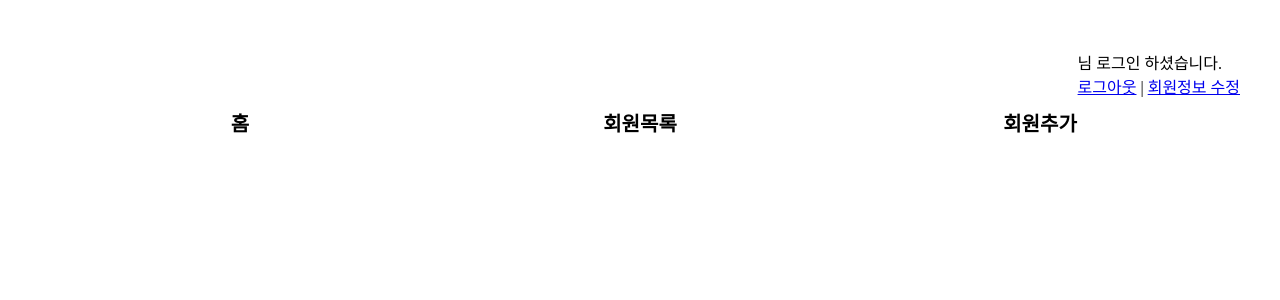
Repository: cdnwell/Jsp
Page: http://localhost/MemberProject/main.jsp
The author's editor kept a copy of each file at every save. The page is drawn from the files as they stood at one save, then again after the next save.
The browser window is 1280 px wide. The pictures show the whole page.
The page is served by Tomcat 9. Other server files are loaded and not shown.

Above is the page before, as saved 2022-07-05 07:10:43.

### MemberProject/src/main/webapp/main.jsp
<%@ page language="java" contentType="text/html; charset=UTF-8"
    pageEncoding="UTF-8"%>
<!DOCTYPE html>
<html>
<head>
<meta charset="UTF-8">
<title>Insert title here</title>
<style>
	*{
		margin : 0;
		padding : 0;
	}

	.container{
		width : 1200px;
		display : flex;
		flex-direction : column;
		margin : 50px auto;
	}

	header{
		text-align : right;
	}

	.profile{
		display : inline-block;
		text-align : left;
	}



	nav ul{
		list-style-type : none;
		display : flex;
		flex-direction : row;
		justify-content : space-around;
	}
	nav ul li{
		width : 200px;

	}
	nav ul li a:link, nav ul li a:visited{
		display:inline-block;
		font-size : 20px;
		font-weight : bold;
		text-align : center;
		width : 100%;
		padding : 10px 0px;
		color : black;
		text-decoration : none;
	}
</style>
</head>
<body>
	<div class="container">
		<header>
			<div class="profile">
				${sessionScope.dto.name }님 로그인 하셨습니다. <br>
				<a href="logout.do">로그아웃</a> | <a href="#">회원정보 수정</a>
			</div>
		</header>
		<nav>
			<ul>
				<li><a href="#">홈</a></li>
				<li><a href="#">회원목록</a></li>
				<li><a href="#">회원추가</a></li>
			</ul>
		</nav>
	</div>
</body>
</html>

After the next save:
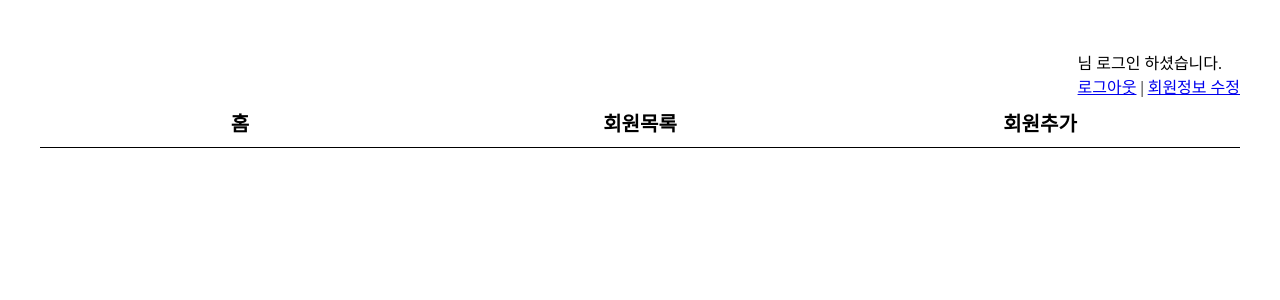
Saved 41 s later.
--- a/MemberProject/src/main/webapp/main.jsp
+++ b/MemberProject/src/main/webapp/main.jsp
@@ -28,6 +28,9 @@
 	}
 
 
+	nav{
+		border-bottom : 1px solid black;
+	}
 
 	nav ul{
 		list-style-type : none;
